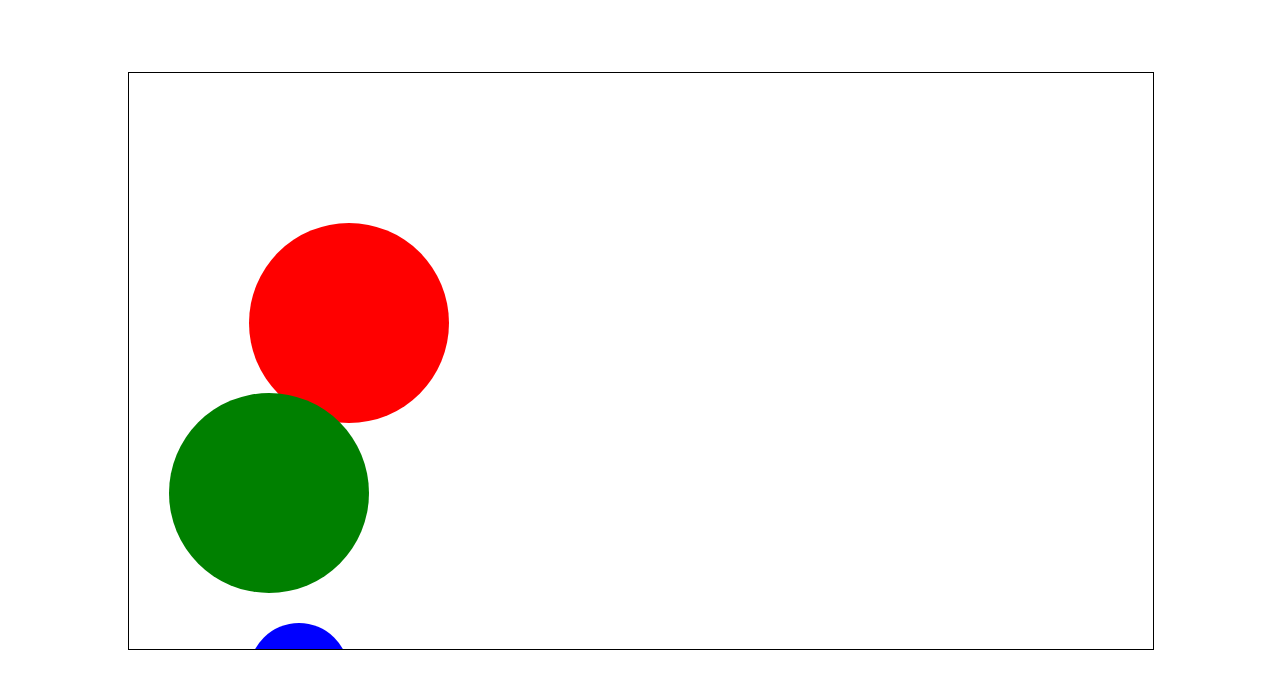
Repository: themoomooo/testgitajout
Page: index.html
The author's editor kept a copy of each file at every save. The page is drawn from the files as they stood at one save, then again after a run of saves.
The browser window is 1280 px wide. The pictures show the whole page.

Above is the page before, as saved 2023-01-23 16:18:54.

After the next 2 saves:
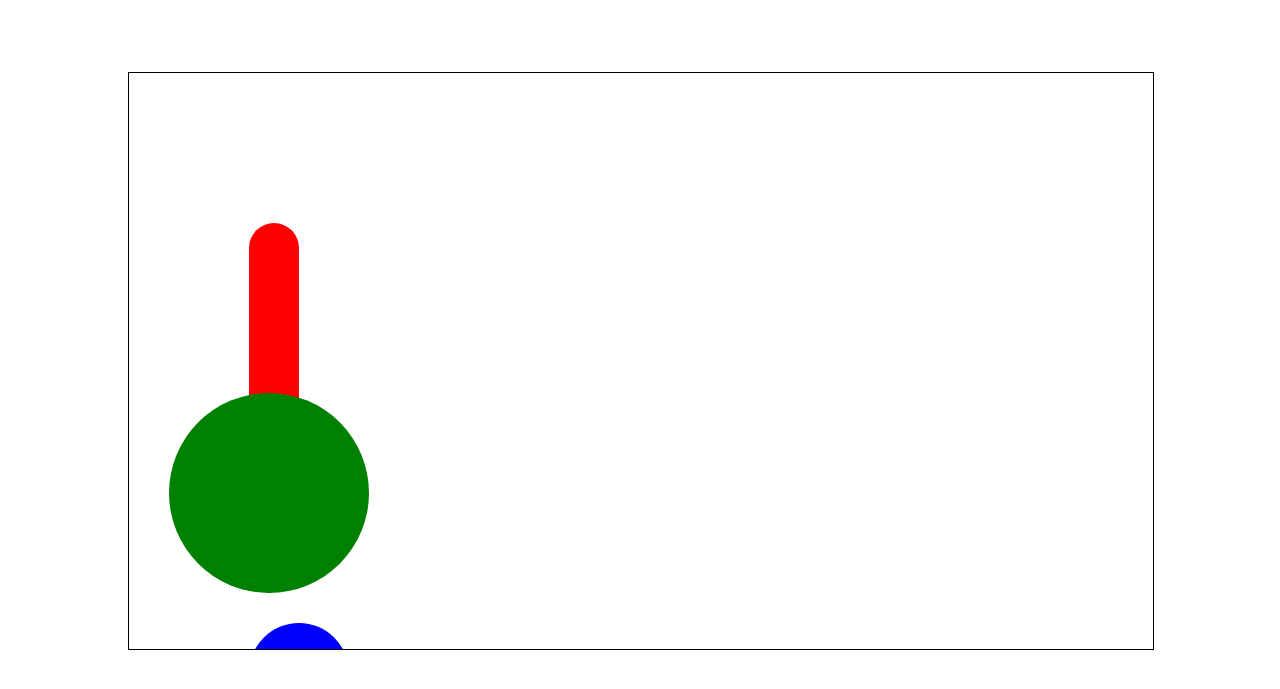
The 2 saves are shown as one change because they came seconds apart.
The last was saved 81 s later.
--- a/main.js
+++ b/main.js
@@ -64,7 +64,7 @@ class Prog {
 
 
 
-const monBallon = new Ball(100,150,200,200,'red',100);
+const monBallon = new Ball(100,150,50,200,'red',100);
 const monBallon2 = new Ball(100,350,100,100,'blue',50);
 const monBallon3 = new Ball(20,20,200,200,'green',100);
 const monBallon4 = new Ball(250,250,100,100,'black',50);
